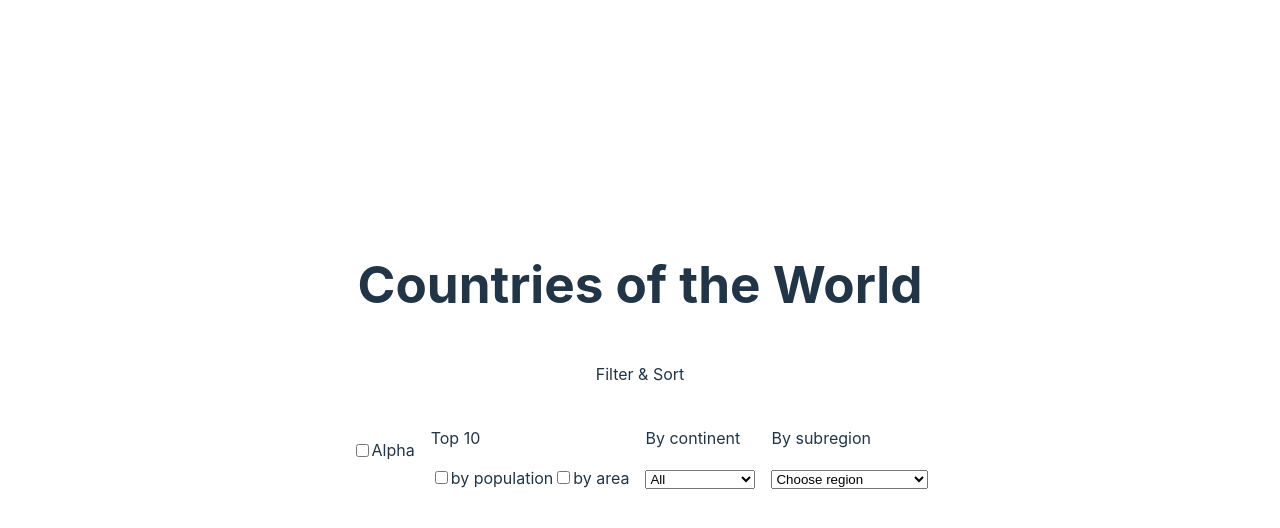
Repository: SamanthaYan298/my_countries
Page: /
The author's editor kept a copy of each file at every save. The page is drawn from the files as they stood at one save, then again after the next save.
The browser window is 1280 px wide. The pictures show the whole page.
The project was rebuilt for these pictures with package versions that can differ from the ones it lists, and the page was loaded fresh each time. Also part of the build but not shown: vite.config.js.

Above is the page before, as saved 2024-11-04 17:04:17.

After the next save:
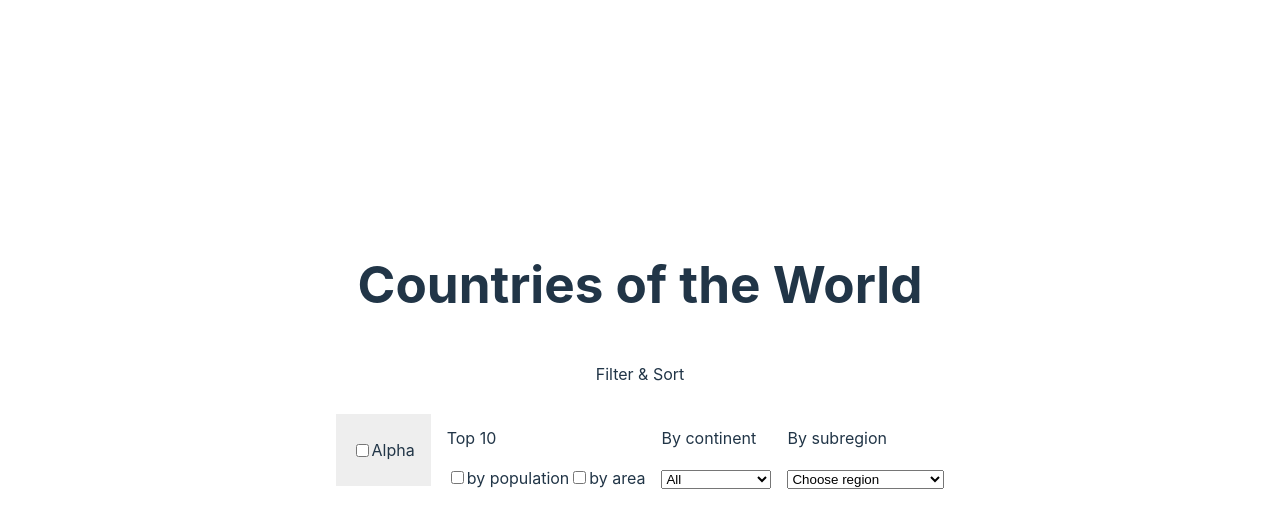
Saved 39 s later.
--- a/src/App.css
+++ b/src/App.css
@@ -25,6 +25,8 @@
   flex-direction: row;
   align-items: center;
   text-align: center;
+  padding: 0.5rem 1rem;
+  background-color: rgb(238, 238, 238);
 }
 
 .filters {
